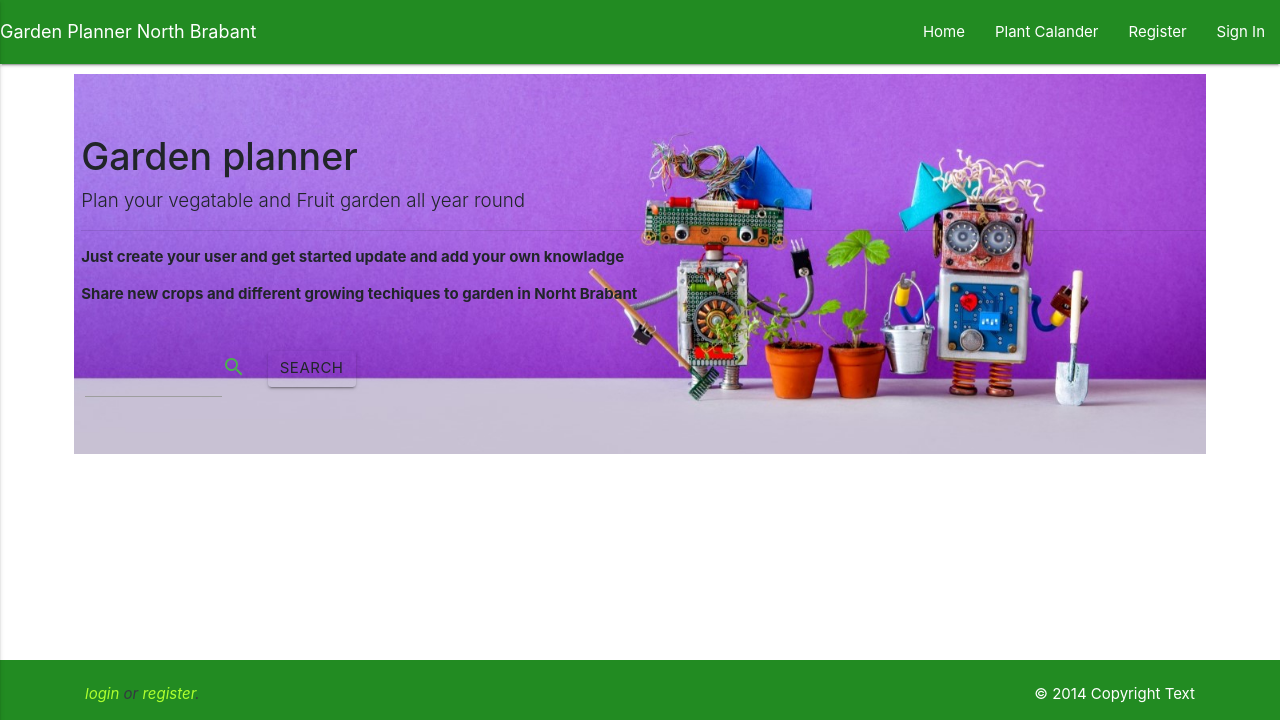
Repository: Lemoenskil/Milestone_project_3_Garden_planner
Page: http://localhost/
The author's editor kept a record of every edit. The page is drawn from the files as they stood at one moment, then again after the next edit.
The browser window is 1280 px wide. The pictures show the whole page.
Some web libraries are served in a nearby version. The page is served by the project's application, run on Flask 3 (app.py). Other server files are loaded and not shown. Queries for data that is not in the repository find no rows.

Above is the page before.
Console error: TypeError: $(...).floatingActionButton is not a function

### templates/plant_records.html
{% extends "base.html" %}
{% block content %}
<div class="row justify-content-center image">
  <div class="jumbotron jumbotron-fluid text-left ml-2  font-weight-bold">
    <h1 class="display-6">Garden planner</h1>
    <p class="lead">Plan your vegatable and Fruit garden all year round</p>
    <hr class="my-6">
    <p>Just create your user and get started update and add your own knowladge</p>
    <p>Share new crops and different growing techiques to garden in Norht Brabant</p>
    <div class="row container-fluid inner">
      <form class="col-lg-6 nopadding" id="search-site" action="{{ url_for('search') }}" ' method='get '>
        <div class="input-group mt-5 col-8 nopadding">
          <div class="col-6 float-right nopadding">
          <button type="submit" class="input-group-addon btn">search</button>
          </div>
          <div class="col-6 float-left nopadding">
          <label><input id="search" type="search" name='query' class="col-9 nopadding"><i class="material-icons nopadding green-text col-2" >search</i></label>
          </div>

        </div>
      </form>
    </div>
  </div>
</div>

<div class="row text-center justify-content-center">
  {% for plant in plants%}
    <a href="{{url_for('view_plant', plant_id=plant._id)}}" class="card col-md-4 col-lg-3 mt-5 col-sm-12 col-xl-3" >
      <img src="{{plant.picture_link}}" class="card-img-top" alt="Responsive image" class="img-thumbnail">
      <div class="card-body">
         <h5 class="card-title">{{plant.plant_name}}</h5>
      </div>
    </a>
  {%endfor%}
</div>

<div>
  <div aria-label="" class="card-sm">
    <ul class="pagination justify-content-center">
      {% if page > 1 %}
      <li class="page-item">
        <a class="page-link" href="{{url_for('get_plant_record', page=page-1)}}" aria-label="Previous">
          <span aria-hidden="true">&laquo;</span>
          <span class="sr-only">Previous</span>
        </a>
      </li>
      {% endif %}
      {% for pagenum in pages %}
        {% if pagenum == page %}
          <li class="page-item active" aria-current="page">
        <a class="page-link" href="#">{{ pagenum }}<span class="sr-only">(current)</span></a> {% else %}
        <li class="page-item">
          <a class="page-link" href="{{url_for('get_plant_record', page=pagenum)}}">{{ pagenum }}</a></li>
        {% endif %}
      {% endfor %}
      {% if page < total %}
        <li class="page-item">
          <a class="page-link" href="{{url_for('get_plant_record', page=page+1)}}" aria-label="Next">
            <span aria-hidden="true">&raquo;</span>
            <span class="sr-only">Next</span>
          </a>
        </li>
      {% endif %}
    </ul>
  </div>
</div>

{% endblock %}

### templates/base.html
<!DOCTYPE html>
<html lang="en">
<head>
    <meta charset="UTF-8">
    <meta name="viewport" content="width=device-width, initial-scale=1.0">
    <meta http-equiv="X-UA-Compatible" content="ie=edge">
    <link href="https://fonts.googleapis.com/icon?family=Material+Icons" rel="stylesheet">
    <link rel="stylesheet" href="https://cdnjs.cloudflare.com/ajax/libs/materialize/0.100.2/css/materialize.min.css">
    <link href="https://stackpath.bootstrapcdn.com/bootstrap/4.4.1/css/bootstrap.min.css" rel="stylesheet" integrity="sha384-Vkoo8x4CGsO3+Hhxv8T/Q5PaXtkKtu6ug5TOeNV6gBiFeWPGFN9MuhOf23Q9Ifjh" crossorigin="anonymous">
    <link rel="stylesheet" href="{{url_for('static', filename='css/style.css')}}" type="text/css" />
    <title>Garden Planner</title>
</head>
<body>
    <header>

        <!-- Dropdown Structure -->
        <ul id="dropdown1" class="dropdown-content">
            <li><a href="#" ><i class="tiny material-icons left">account_circle</i> {{session['username']}}</a></li>
            <li><a href="{{url_for('logout')}}">Log off</a></li>
        </ul>


        <nav>
            <div class="nav-wrapper">
                <a href="{{url_for('get_plant_record')}}" class="brand-logo">Garden Planner North Brabant</a>
                <a href="{{url_for('get_plant_record')}}" data-activates="mobile" class="button-collapse"><i class="material-icons">menu</i></a>
                <ul class="right hide-on-med-and-down">
                    <li><a href="{{url_for('get_plant_record')}}">Home</a></li>
                    <li><a href="{{url_for('list_plant')}}">Plant Calander</a></li>
                {% if 'username' not in session %}
                    <li><a href="{{url_for('register_new_user')}}">Register</a></li>
                    <li><a href="{{url_for('login')}}">Sign In</a></li>
                {% else %}
                    <li><a href="{{url_for('add_plant')}}">New Plant</a></li>
                    <li><a href='#' data-activates='dropdown1' class="dropdown-button">
                        <i class="small material-icons left">account_circle</i> {{session['username']}}</a>
                    </li>
                {% endif %}
                </ul>
                <ul class="side-nav" id="mobile">
                    <li><a href="{{url_for('get_plant_record')}}">Home</a></li>
                    <li><a href="{{url_for('add_plant')}}">New Plant</a></li>
                    <li><a href="{{url_for('list_plant')}}">Plant Calander</a></li>
                    <li><a href="{{ url_for('register_new_user') }}">Register</a></li>
                    <li><a href="{{url_for('logout')}}">Log off</a></li>
                    <li><a href="{{ url_for('login') }}">Sign In</a></li>
                </ul>
            </div>
        </nav>



    </header>

    <main class="container">
        {% block content %}{% endblock %}

    </main>

    <footer class="page-footer">
        <div class="container" class="footer-copyright">
            <br>
            <p class="text-dark font-italic bg-transparent float-left">
                <a href="{{ url_for('login') }}">login</a>
                 or
                <a href="{{ url_for('register_new_user') }}">register</a>.
            </p>
            <p class=float-right> © 2014 Copyright Text </p>
        </div>
    </footer>

    <script src="https://code.jquery.com/jquery-3.4.1.slim.min.js" integrity="sha384-J6qa4849blE2+poT4WnyKhv5vZF5SrPo0iEjwBvKU7imGFAV0wwj1yYfoRSJoZ+n" crossorigin="anonymous"></script>
    <script src="https://cdnjs.cloudflare.com/ajax/libs/jquery/3.2.1/jquery.min.js"></script>
    <script src="https://maxcdn.bootstrapcdn.com/bootstrap/4.1.1/js/bootstrap.min.js"></script>
    <script src="https://cdnjs.cloudflare.com/ajax/libs/materialize/0.100.2/js/materialize.min.js"></script>
    <script type="text/javascript">
        $(document).ready(function() {
            $(".button-collapse").sideNav();
            $('.fixed-action-btn').floatingActionButton();
            $(".dropdown-button").dropdown();
        });
        $('#myModal').on('shown.bs.modal', function () {
             $('#myInput').trigger('focus')
        });

    </script>
</body>

</html>

### app.py
import os
from flask import Flask, render_template, redirect, request, url_for, session, flash
from flask_pymongo import PyMongo
from form import LoginForm, RegisterForm
from bson.objectid import ObjectId
import math
import re
import bcrypt



app = Flask ("----name----")
app.config["MONGO_DBNAME"] = 'garden_planner'
app.config["MONGO_URI"] = 'mongodb+srv://CP3O:iYmkh8QOgi2fhu2y@lemoenskil-4vjdx.mongodb.net/garden_planner?retryWrites=true&w=majority'

# Set the secret key to some random bytes. Keep this really secret!
app.secret_key = os.environ.get('SECRET_KEY') or 'y6rdh777y685hf67gk9786j65g9h*&^^*(^'

plants_per_page = 6

mongo = PyMongo(app)

@app.route('/')
@app.route('/plant_records')
def get_plant_record():
    page_number = int(request.args.get('page', 1))
    plants_to_skip = (page_number - 1) * plants_per_page
    plant_count = mongo.db.plant_data.count({})
    page_count = int(math.ceil(plant_count / plants_per_page))
    page_numbers = range(1, page_count + 1)
    plants_on_page = mongo.db.plant_data.find().skip(plants_to_skip).limit(plants_per_page)
    return render_template("plant_records.html", title="Home", plants=plants_on_page, page=page_number, pages=page_numbers, total=page_count)

@app.route('/register', methods=['GET', 'POST'])
def register_new_user():
    """Registers a new user"""
    form = RegisterForm(request.form)
    if form.validate_on_submit():
        all_existing_users = mongo.db.user_data
        found_user = all_existing_users.find_one({
            'name': request.form['username']
        })

        if found_user:
            flash(f"Username `{request.form['username']}` is already taken. Please try a different username.")
            return redirect(url_for('register_new_user'))
        else:
            # Convert password to hash to prevent password leakage should we get hacked
            hashed_password = bcrypt.hashpw(
                request.form['password'].encode('utf-8'), bcrypt.gensalt()
            )
            all_existing_users.insert_one({
                'name': request.form['username'],
                'password': hashed_password,
                'email': request.form['email']
            })
            # User successfully registered, so treat the user as logged in.
            session['username'] = request.form['username']
            return redirect(url_for('get_plant_record'))
    return render_template('register.html', title='Register', form=form)


@app.route('/login', methods=['GET', 'POST'])
def login():
    """Logs the user in"""
    if session.get('logged_in') is True:
        return redirect(url_for('get_plant_record', title="Sign In"))

    form = LoginForm()

    if form.validate_on_submit():
        all_existing_users = mongo.db.user_data
        found_user = all_existing_users.find_one({
            'name': request.form['username']
        })

        if found_user:
            # check password using hashing
            if bcrypt.hashpw(request.form['password'].encode('utf-8'),
                             found_user['password']) == found_user['password']:
                session['username'] = request.form['username']
                session['logged_in'] = True
                # successful redirect to home logged in
                return redirect(url_for('get_plant_record', title="Sign In", form=form))
            # must have failed set flash message
            flash('Invalid username/password combination')
    return render_template("login.html", title="Sign In", form=form)

@app.route('/logout')
def logout():
    """Logs the user out"""
    session.clear()
    return redirect(url_for('get_plant_record'))


@app.route('/list_plant')
def list_plant():
    return render_template("list_plant.html", plants=mongo.db.plant_data.find())

@app.route('/view_plant/<plant_id>')
def view_plant(plant_id):
    """Shows full plant details"""
    mongo.db.plant_data.find_one(
        {'_id': ObjectId(plant_id)},
    )
    plant_db = mongo.db.plant_data.find_one_or_404({'_id': ObjectId(plant_id)})
    return render_template("view_plant.html", plant=plant_db)

@app.route('/add_plant')
def add_plant():
    return render_template("add_plant.html")

@app.route('/insert_plant', methods=['POST'])
def insert_plant():
    plants = mongo.db.plant_data
    plants.insert_one(convert_form_to_plant_data(request.form))
    return redirect(url_for('get_plant_record'))

@app.route('/update_plant/<plant_id>')
def update_plant(plant_id):
    plants =  mongo.db.plant_data.find_one({"_id": ObjectId(plant_id)})
    return render_template('update_plant.html', plant=plants)

def convert_form_to_plant_data(form):
    value_sowing_under_glass = [ month for month in range(1, 13) if f"sowing-under-glass-{month}" in form ]
    value_outside_seeding = [ month for month in range(1, 13) if f"outside-seeding-{month}" in form ]
    value_harvest = [ month for month in range(1, 13) if f"harvest-{month}" in form ]
    return {
        'plant_name':form.get('plant_name'),
        'picture_link':form.get('picture_link'),
        'crop_group': form.get('crop_group'),
        'crop_family': form.get('crop_family'),
        'soil':form.get('soil'),
        'frost_tolerant':form.get('frost_tolerant'),
        'position':form.get('position'),
        'feeding':form.get('feeding'),
        'companions':form.get('companions'),
        'spacing':form.get('spacing'),
        'Sow_and_Plant':form.get('Sow_and_Plant'),
        'Harvesting':form.get('Harvesting'),
        'Pests':form.get('Pests'),
        'Note':form.get('Note'),
        'value_sowing_under_glass':value_sowing_under_glass,
        'value_outside_seeding':value_outside_seeding,
        'value_harvest':value_harvest,
    }

@app.route('/edit_plant/<plant_id>', methods=["POST"])
def edit_plant(plant_id):
    plants = mongo.db.plant_data
    plants.update( {'_id': ObjectId(plant_id)}, convert_form_to_plant_data(request.form))
    return redirect(url_for('get_plant_record'))

@app.route('/delete_plant/<plant_id>')
def delete_plant(plant_id):
    mongo.db.plant_data.remove({'_id': ObjectId(plant_id)})
    return redirect(url_for('get_plant_record'))

@app.route('/search')
def search():
    """Provides logic for search bar"""
    query_A = request.args['query'].strip()
    regx = re.compile(f".*{query_A}.*", re.IGNORECASE)
    query = {'$regex': regx }
    results = mongo.db.plant_data.find({
        '$or': [
            {'plant_name': query},
            {'Note': query},
            {'crop_group': query},
        ]
    })
    return render_template('search_results.html', query=query_A, results=results)

if __name__ == '__main__':
    app.run(host=os.environ.get('IP'),
            port=int(os.environ.get('PORT')),
            debug=True)

### static/css/style.css
.mt-5, .my-5 {
    margin: 2rem!important;
}

nav .brand-logo{
    font-size: 1.2rem!important;
}

.jumbotron {
    background-color: transparent;
    width: 100%;
}

.image{
    margin-top: 10px;
    background-image:url("/static/images/gardeners.gif");
    background-size: cover;
}

.inner{
    margin-top:70px ;
    }

@media(min-width: 450px){
    .inner{
   position:absolute;
   bottom: 0;
    }
   .jumbotron{
    position:relative;
    height: 350px;
   }
}


.card{
  width: 100%;
}

body {
  display: flex;
  min-height: 100vh;
  flex-direction: column;
}

main {
  flex: 1 0 auto;
}


.page-footer{
    left: 0;
    bottom: 0;
    width: 100%;
    background-color: forestgreen;
    color: white;
    text-align: center;
    padding: 0px;
}

.page-item.active .page-link{
    background-color: forestgreen;
}

.btn:hover {
    background-color:forestgreen!important;
}

a{
    color: greenyellow;
}
a:hover{
    color: darkorange;
}

.card-sm{
  margin-bottom: 50px;
}

.form-control-borderless {
    border: none;
}

.form-control-borderless:hover, .form-control-borderless:active, .form-control-borderless:focus {
    border: none;
    outline: none;
    box-shadow: none;
}

.search_box{
    width: 100%;
    margin: 6%;
}
.align-items-center{
    margin: 0px!important;
}

.under-glass{
    background-color: yellow;
}
.outside-seeding {
    background-color: orange;
}

.harvest{
    background-color: green;
}
.header-edit-form{
    text-align: center;
}

.list_headings{
    color: #d8e332!important;
}


.input-group{
  display:table;
  width:100%;
}
.input-group .input-field,
.input-group .input-group-addon{
  display:table-cell;
}

.page-item.active .page-link{
    z-index: 0!important;
}

.card-img-top{
    width: 100%;
    min-height: 300px;
    object-fit: cover;
}
.modal{
    background-color: transparent;
    max-height: 100%;
}

.modal .modal-footer{
    background-color: transparent;
}

.container {
    overflow: auto;
}

.nopadding {
   padding: 0 !important;
   margin: 0 !important;
}

.nav-wrapper{
    background-color: forestgreen;
}

After the next edit:
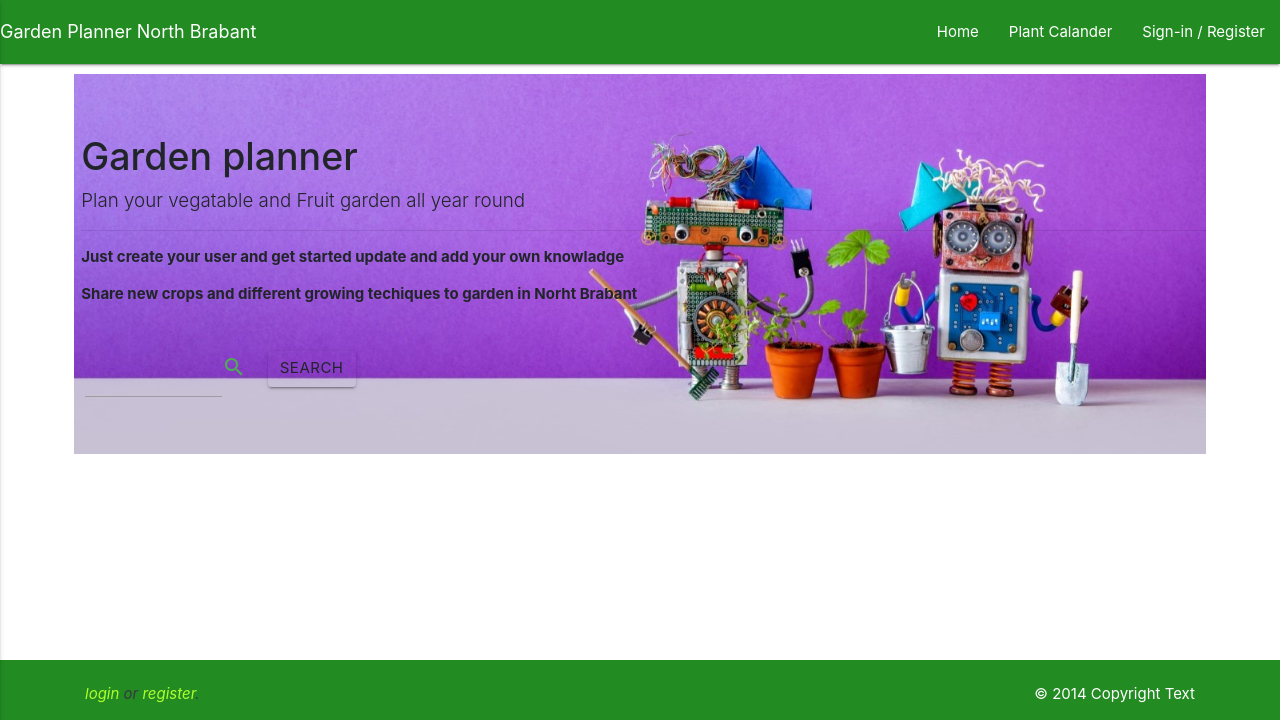
The edit:
--- a/templates/base.html
+++ b/templates/base.html
@@ -28,8 +28,7 @@
                     <li><a href="{{url_for('get_plant_record')}}">Home</a></li>
                     <li><a href="{{url_for('list_plant')}}">Plant Calander</a></li>
                 {% if 'username' not in session %}
-                    <li><a href="{{url_for('register_new_user')}}">Register</a></li>
-                    <li><a href="{{url_for('login')}}">Sign In</a></li>
+                    <li><a href="{{url_for('login')}}">Sign-in / Register</a></li>
                 {% else %}
                     <li><a href="{{url_for('add_plant')}}">New Plant</a></li>
                     <li><a href='#' data-activates='dropdown1' class="dropdown-button">
